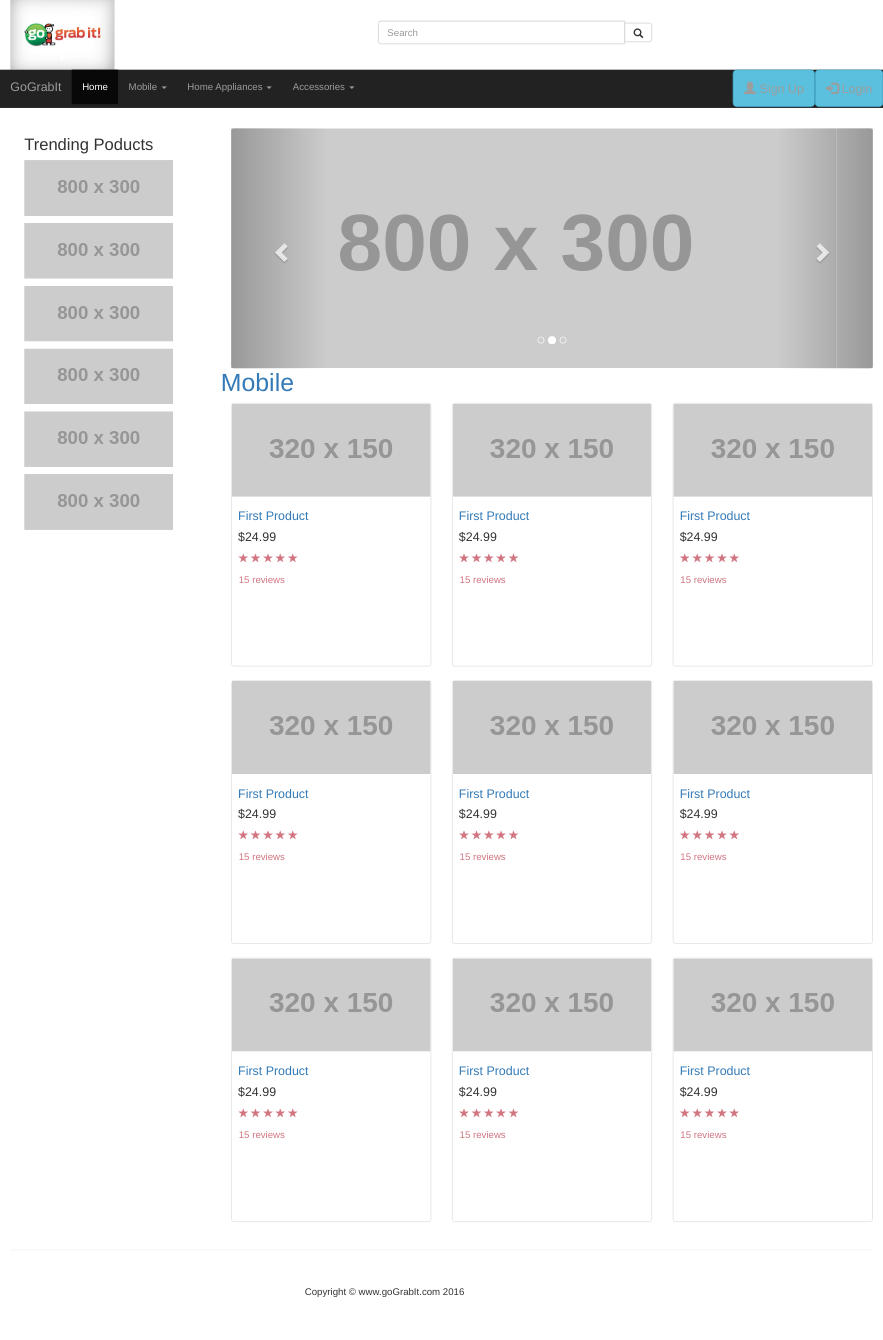
Repository: SixNullPointers/finaltemp
Page: http://localhost/Copy_of_ProductReviewer/category.jsp
The author's editor kept a copy of each file at every save. The page is drawn from the files as they stood at one save, then again after the next save.
The browser window is 1280 px wide. The pictures show the whole page, at 69% of full size.
The page is served by Tomcat 9.

Above is the page before, as saved 2016-01-22 15:09:47.

After the next save:
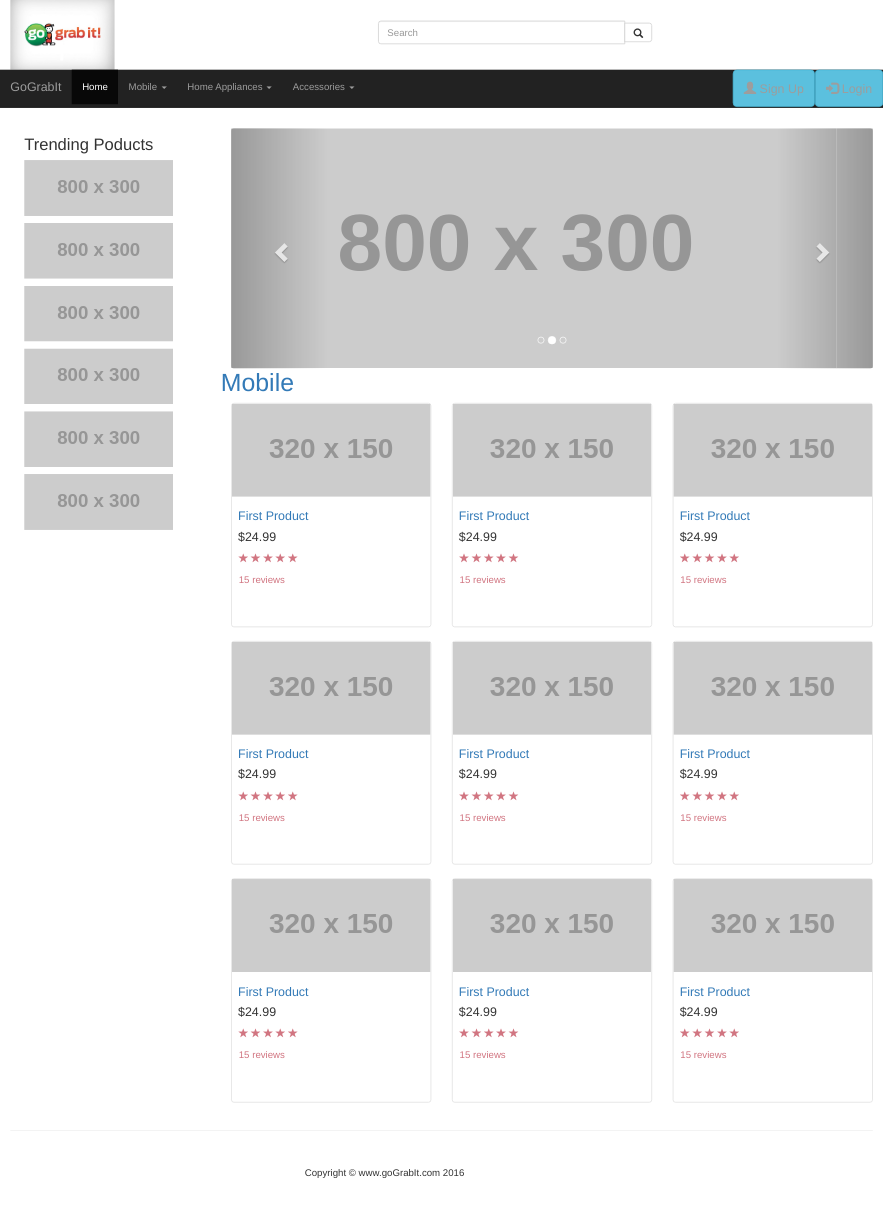
Saved 13 s later.
--- a/Copy of ProductReviewer/src/main/webapp/css/shop-homepage.css
+++ b/Copy of ProductReviewer/src/main/webapp/css/shop-homepage.css
@@ -66,7 +66,7 @@ body {
     padding-right: 10px;
     padding-left: 10px;
     color: #d17581;
-    margin-bottom: 40%;
+    margin-bottom: 20%;
 }
 
 .thumbnail {
